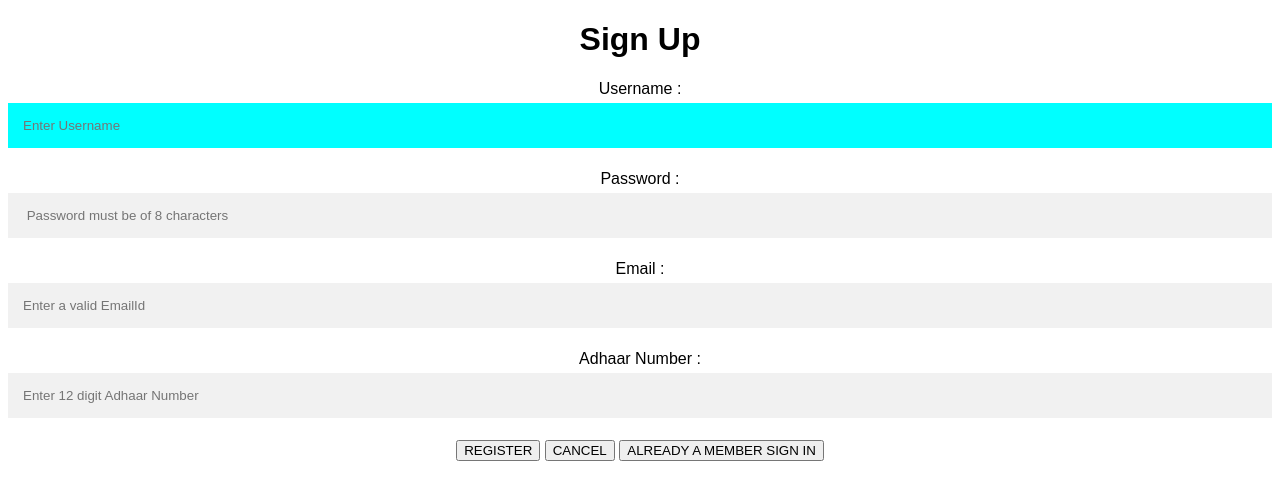
Repository: jchowdapurkar/Java-Project
Page: http://localhost/Registration/registration.jsp
The author's editor kept a copy of each file at every save. The page is drawn from the files as they stood at one save, then again after the next save.
The browser window is 1280 px wide. The pictures show the whole page.
The first visible `input[type=text]` has the focus.
The page is served by Tomcat 9. Other server files are loaded and not shown.

Above is the page before, as saved 2018-07-16 18:25:31.

### Task Jsp/Registration/WebContent/registration.jsp
<%@ page language="java" contentType="text/html; charset=ISO-8859-1"
    pageEncoding="ISO-8859-1"%>
<!DOCTYPE html PUBLIC "-//W3C//DTD HTML 4.01 Transitional//EN" "http://www.w3.org/TR/html4/loose.dtd">
<html>
<style>
body {font-family: Arial, Helvetica, sans-serif;}
* {box-sizing: border-box}

/* Full-width input fields */
input[type=text], input[type=password],input[type=email] {
    width: 100%;
    padding: 15px;
    margin: 5px 0 22px 0;
    display: inline-block;
    border: none;
    background: #f1f1f1;
}


input[type=text]:focus, input[type=password]:focus, input[type=email]:focus {
    background-color: cyan;
    outline: none;
}

hr {
    border: 1px solid #f1f1f1;
    margin-bottom: 25px;
}

/* Set a style for all buttons */
button {
    background-color: green;
    color: white;
    padding: 14px 20px;
    margin: 8px 0;
    border: none;
    cursor: pointer;
    width: 10%;
    opacity: 0.9;
}

button:hover {
    opacity:0.5;
}

/* Extra styles for the cancel button */
.cancelbtn {
    padding: 14px 20px;
    background-color: red;
}

/* Float cancel and signup buttons and add an equal width */
.cancelbtn, .signupbtn {
  float: left;
  width: 50%;
}

// Add padding to container elements //
.container {
    padding: 16px;
}

/* Clear floats */
.clearfix::after {
    content: "";
    clear: both;
    display: table;
}

/* Change styles for cancel button and signup button on extra small screens */
@media screen and (max-width: 50px) {
    .cancelbtn, .signupbtn {
       width: 10%;
    }
}
</style>
<head>
<meta http-equiv="Content-Type" content="text/html; charset=ISO-8859-1">
<title>Sign Up</title>
</head>
<body>
<div align="center">
<form action = "Registration" method ="post">
<h1>Sign Up</h1>
Username : <input type ="text" placeholder = "Enter Username" name = "username" required="required">
Password : <input type ="password" placeholder = " Password must be of 8 characters" name = "password"  required="required">
Email : <input type ="Email" placeholder = "Enter a valid EmailId" name = "email" required="required">
Adhaar Number : <input type ="text" placeholder = "Enter 12 digit Adhaar Number" name="adhaar"  required ="required">
<input type = "submit" value = "REGISTER">
<input type = "submit" value = "CANCEL">
<input type = "submit" value = "ALREADY A MEMBER SIGN IN">


</form>
</div>

</body>
</html>

After the next save:
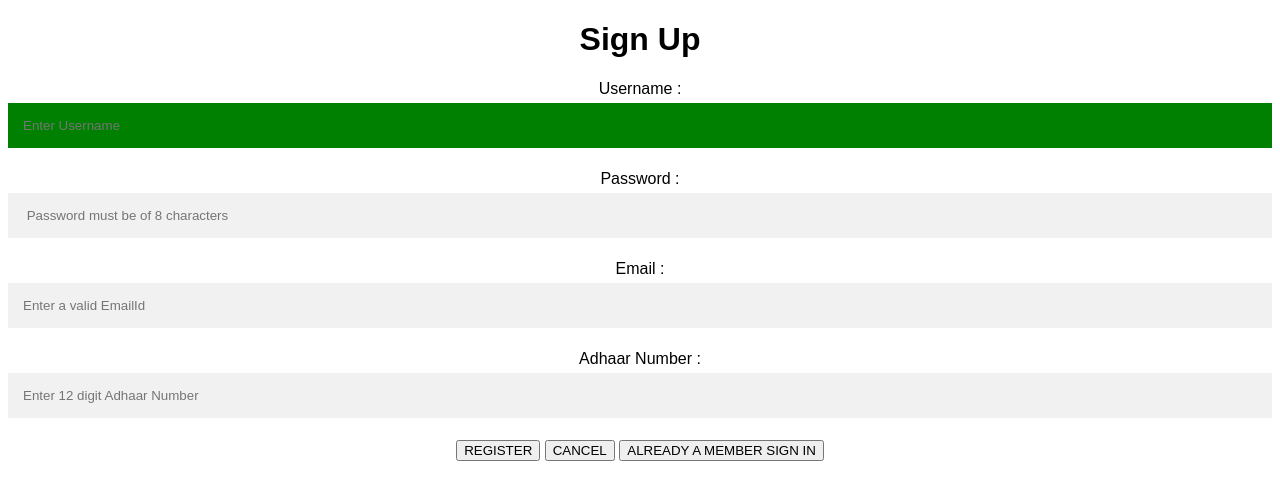
Saved 23 s later.
--- a/Task Jsp/Registration/WebContent/registration.jsp
+++ b/Task Jsp/Registration/WebContent/registration.jsp
@@ -18,7 +18,7 @@ input[type=text], input[type=password],input[type=email] {
 
 
 input[type=text]:focus, input[type=password]:focus, input[type=email]:focus {
-    background-color: cyan;
+    background-color: green;
     outline: none;
 }
 
